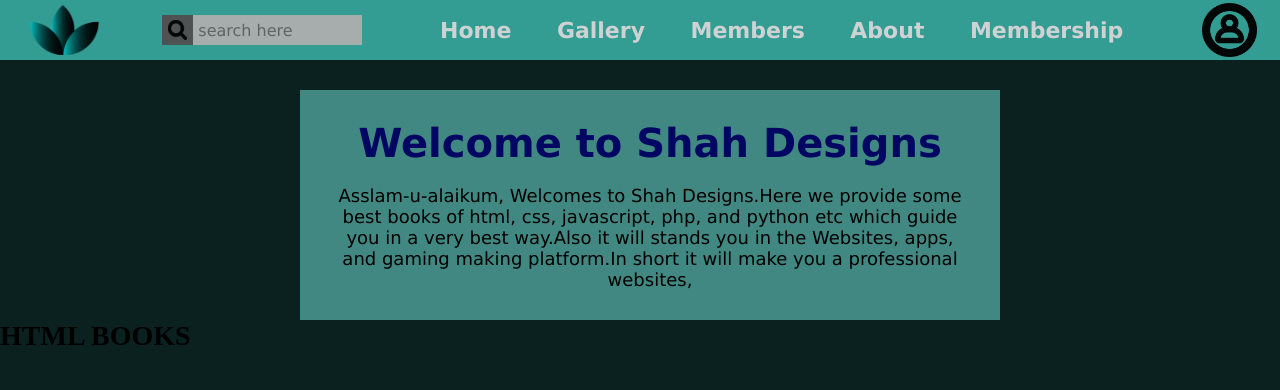
Repository: RawahaMR11/my_assignments
Page: rawaha computer/Shah Designs web/Shah home page.html
These files come from the project's save history. The page is drawn as it stood at one moment and after the next save; the edit follows.
The browser window is 1280 px wide. The pictures show the whole page.

Above is the page before, as saved 2024-12-13 08:14:59.

After the next save:
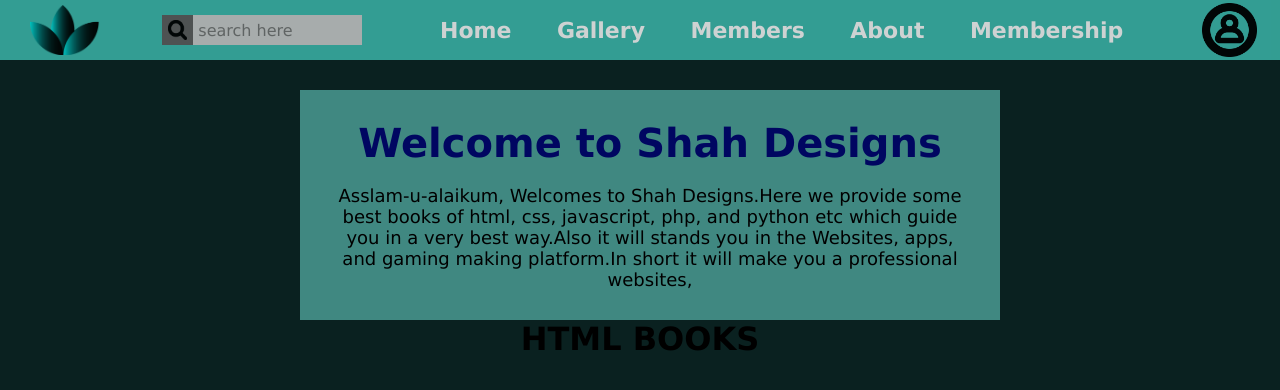
Saved 61 s later.
--- a/rawaha computer/Shah Designs web/Shah home page.css
+++ b/rawaha computer/Shah Designs web/Shah home page.css
@@ -183,3 +183,11 @@ header {
       font-size: 18px;
       font-family: Verdana, Geneva, Tahoma, sans-serif;
 }
+.my-books {
+      font-family: Verdana, Geneva, Tahoma, sans-serif;
+      font-size: medium;
+      display: flex;
+      align-items: center;
+      justify-content: center;
+      gap: 30px;
+}
